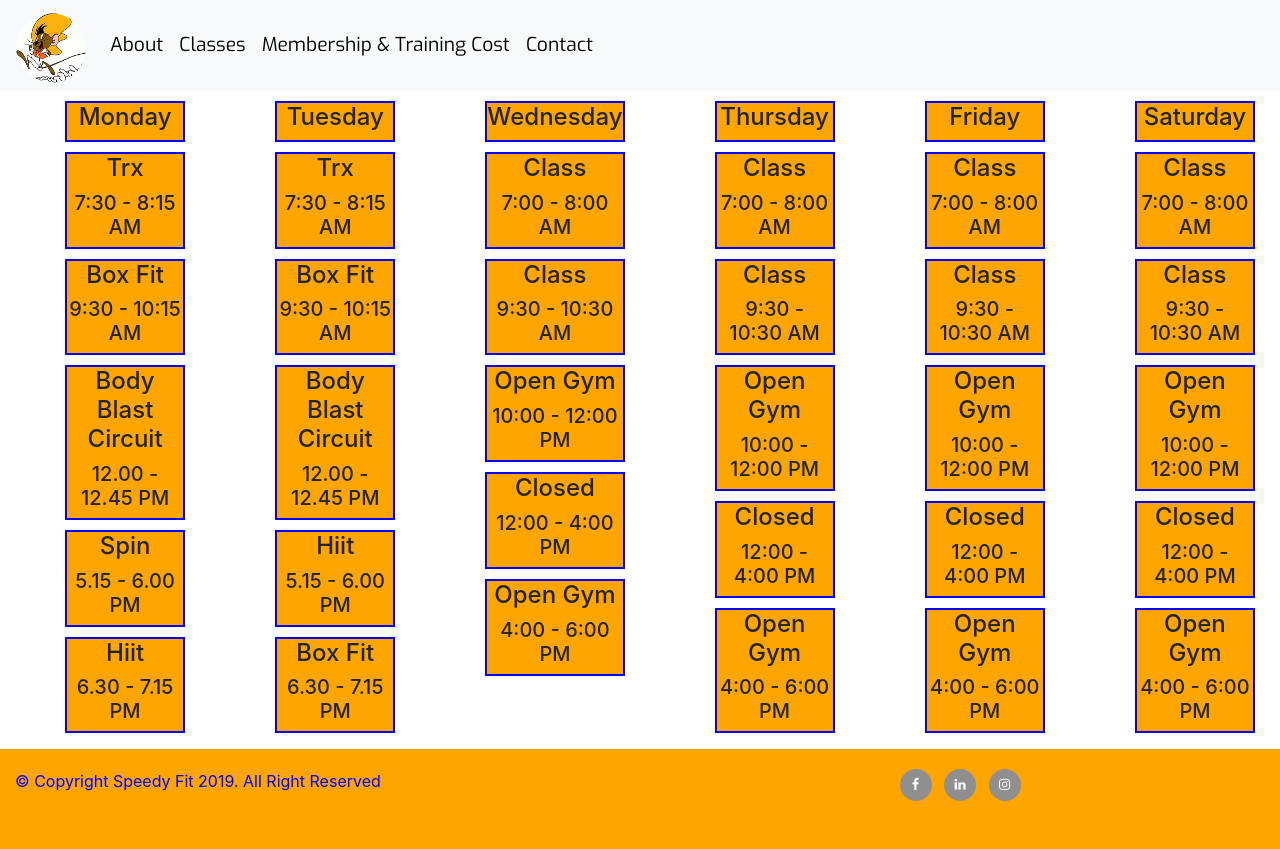
Repository: marcomoreschi/Milestrone-project
Page: classes.html
The author's editor kept a record of every edit. The page is drawn from the files as they stood at one moment, then again after the next edit.
The browser window is 1280 px wide. The pictures show the whole page.
Some web libraries are served in a nearby version.

Above is the page before.

After the next edit:
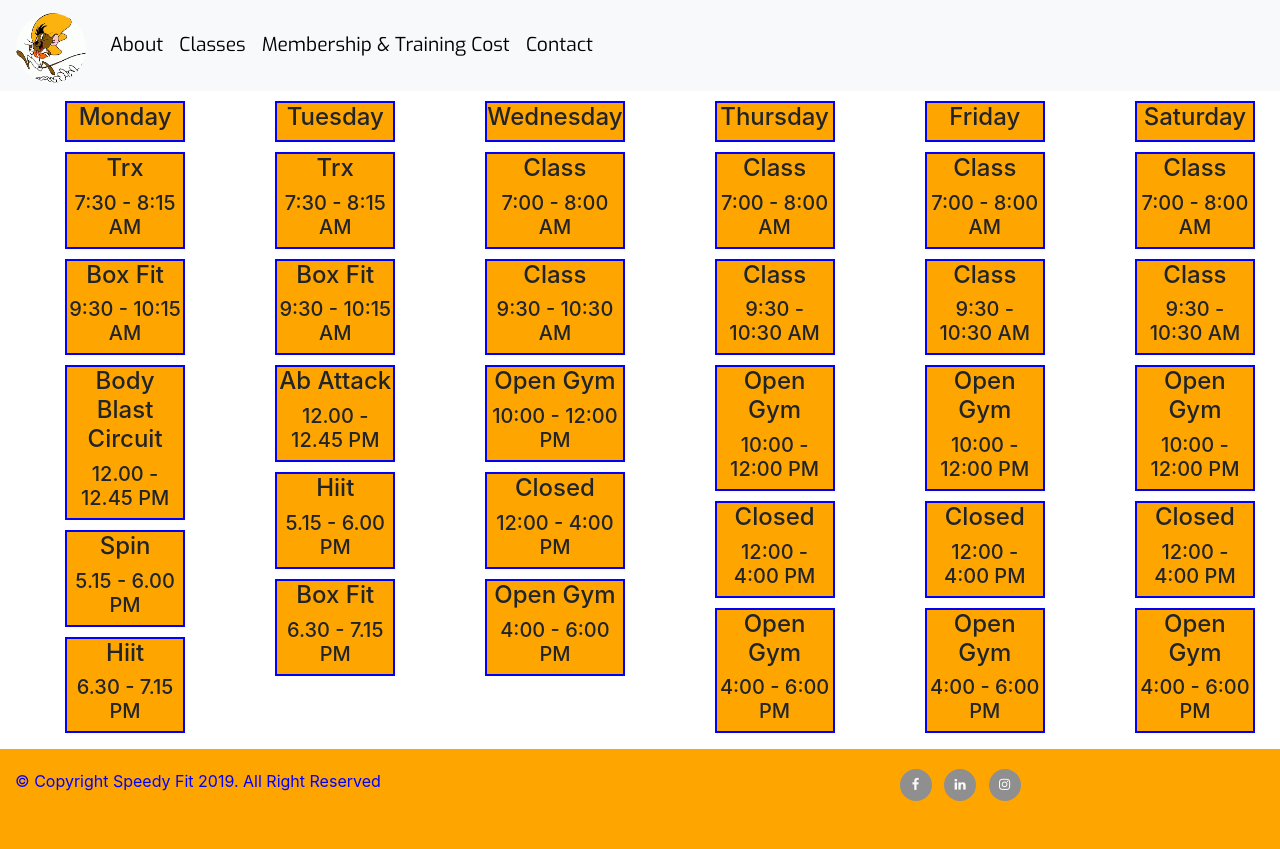
The edit:
--- a/classes.html
+++ b/classes.html
@@ -88,7 +88,7 @@
                     <h5>9:30 - 10:15 AM</h5>
                 </li>
                 <li class="class-time">
-                    <h4>Body Blast Circuit</h4>
+                    <h4>Ab Attack</h4>
                     <h5>12.00 - 12.45 PM</h5>
                 </li>
                 <li class="class-time">
